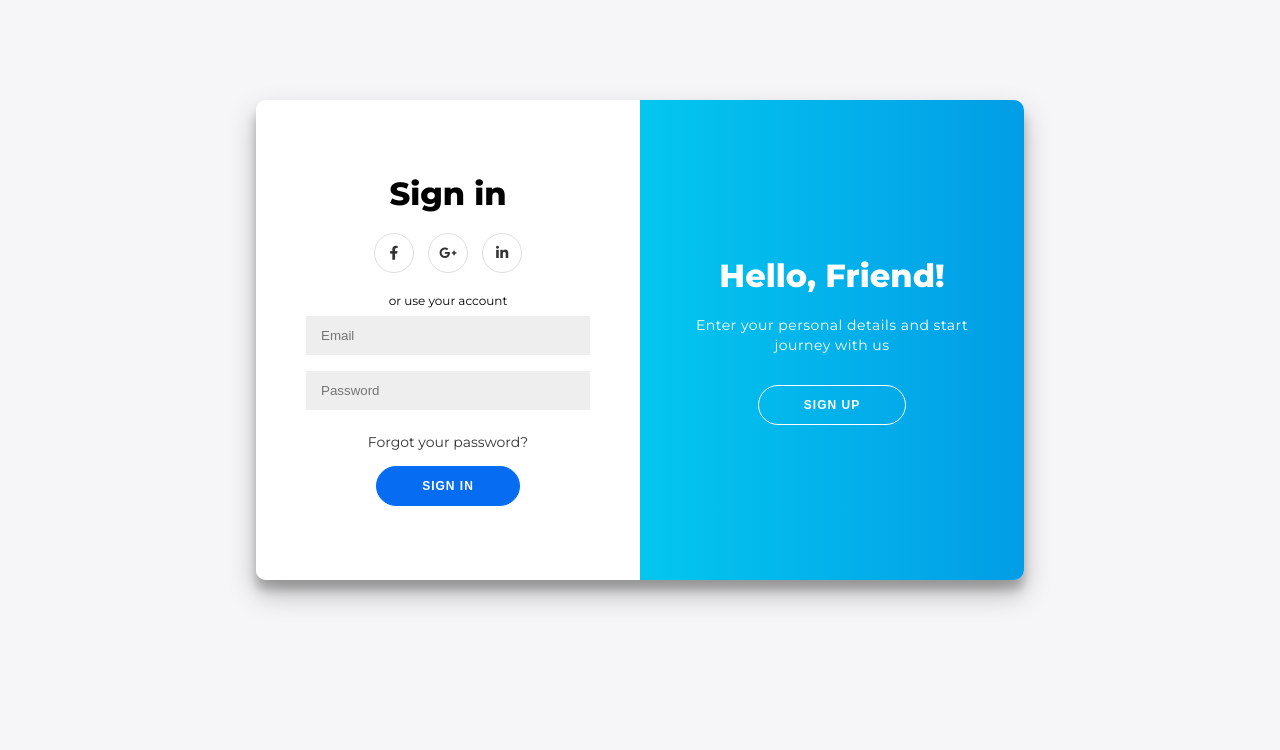
Repository: tranvanthinh/Login_register
Page: index.html
These files come from the project's save history. The page is drawn as it stood at one moment and after the next save; the edit follows.
The browser window is 1280 px wide. The pictures show the whole page.
Some web libraries are served in a nearby version.

Above is the page before, as saved 2021-12-30 20:33:26.

After the next save:
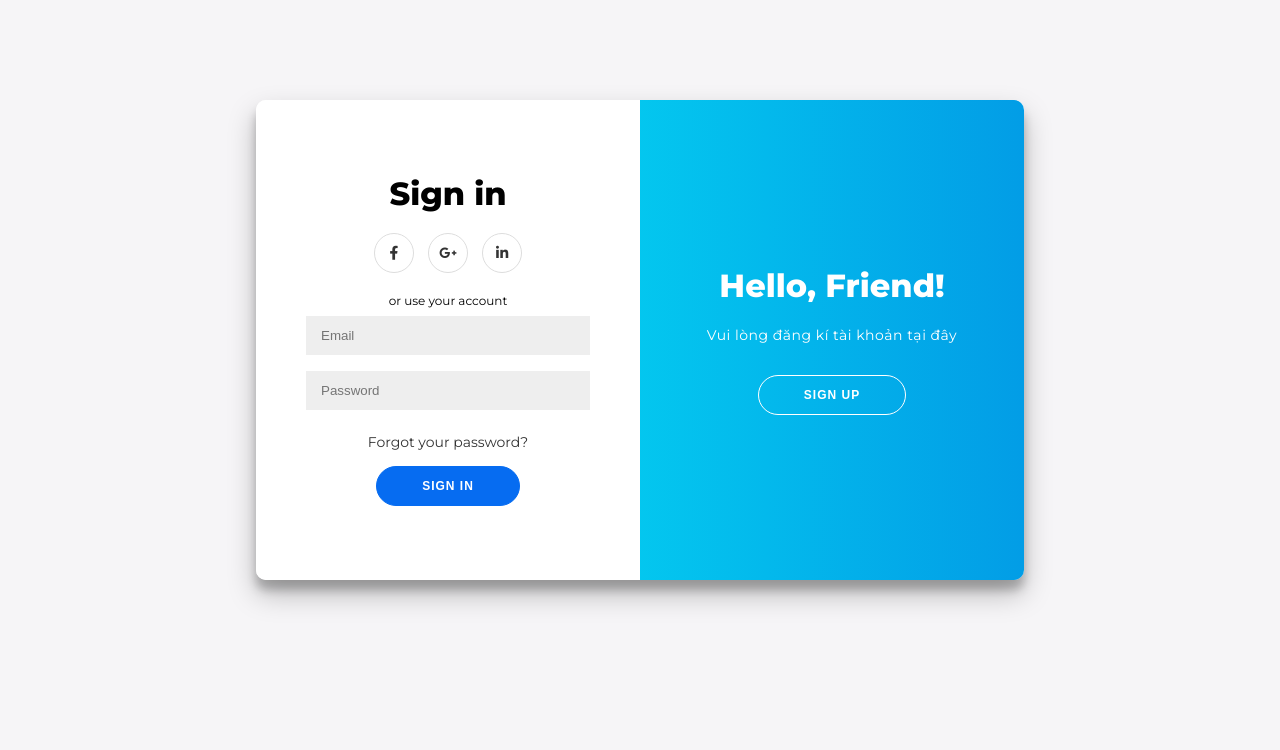
Saved 119 s later.
--- a/index.html
+++ b/index.html
@@ -49,7 +49,7 @@
       </div>
       <div class="overlay-panel overlay-right">
         <h1>Hello, Friend!</h1>
-        <p>Enter your personal details and start journey with us</p>
+        <p>Vui lòng đăng kí tài khoản tại đây</p>
         <button class="ghost" id="signUp">Sign Up</button>
       </div>
     </div>
